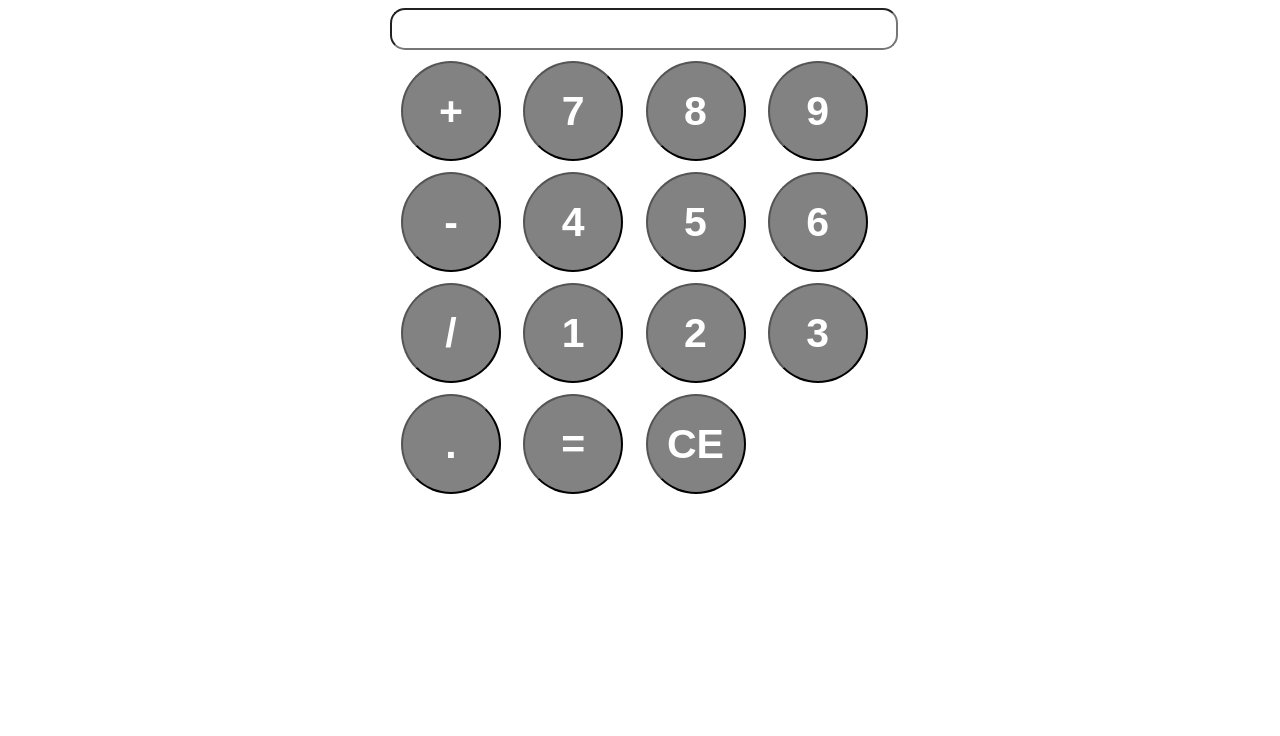
Repository: rkrukshan/JS-Calculator
Page: index.html
The author's editor kept a copy of each file at every save. The page is drawn from the files as they stood at one save, then again after the next save.
The browser window is 1280 px wide. The pictures show the whole page.

Above is the page before, as saved 2024-09-02 13:34:35.

### index.html
<!DOCTYPE html>
<html lang="en">

<head>
    <meta charset="UTF-8">
    <meta name="viewport" content="width=device-width, initial-scale=1.0">
    <title>Document</title>
    <link rel="stylesheet" href="style.css">
</head>

<body>
    <div id="calculator">
        <input id="screen" readonly>
        <div id="buttons">

            <button onclick="appendScreen('+')">+</button>
            <button onclick="appendScreen('7')">7</button>
            <button onclick="appendScreen('8')">8</button>
            <button onclick="appendScreen('9')">9</button>
            <button onclick="appendScreen('-')">-</button>
            <button onclick="appendScreen('4')">4</button>
            <button onclick="appendScreen('5')">5</button>
            <button onclick="appendScreen('6')">6</button>
            <button onclick="appendScreen('/')">/</button>
            <button onclick="appendScreen('1')">1</button>
            <button onclick="appendScreen('2')">2</button>
            <button onclick="appendScreen('3')">3</button>
            <button onclick="appendScreen('.')">.</button>
            <button onclick="appendScreen('=')">=</button>
            <button onclick="appendScreen('CE')">CE</button>

        </div>
    </div>
</body>

</html>

### style.css
#calculator {
  display: flexbox;
  align-items: center;
  height: 100vh;
  justify-content: center;
  border: none;
  max-width: 500px;
  margin: auto;
  padding: auto;
}
#screen {
  width: 100%;
  height: 5%;
  color: white;
  border-radius: 15px;
}
#buttons {
  display: grid;
  grid-template-columns: repeat(4, 1fr);
  gap: 11px;
  padding: 11px;
}
button{
    width: 100px;
    height: 100px;
    border-radius: 50px;
    color: white;
    background-color: hsl(0, 0%,51%);
    font-size: 41px;
    font-weight: bold;
}

After the next save:
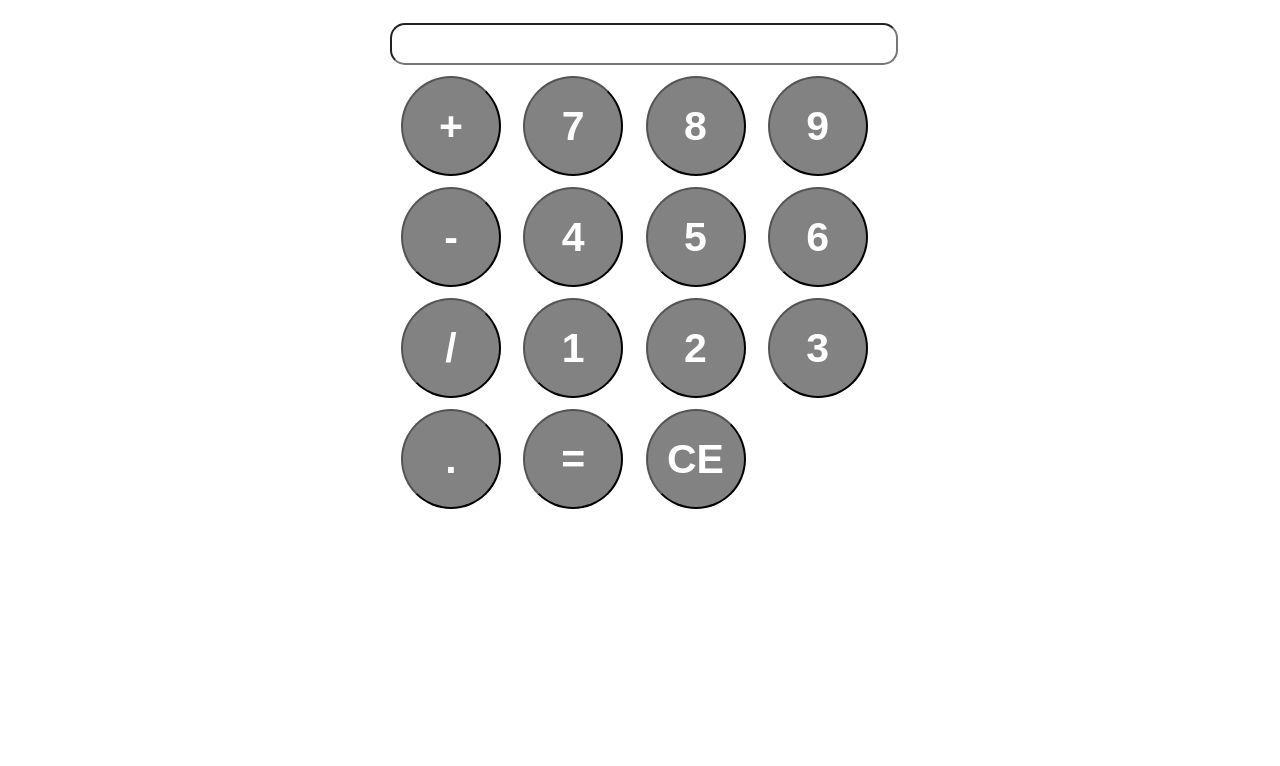
Saved 9 s later.
--- a/style.css
+++ b/style.css
@@ -6,7 +6,7 @@
   border: none;
   max-width: 500px;
   margin: auto;
-  padding: auto;
+  padding: 15px 5px;
 }
 #screen {
   width: 100%;
